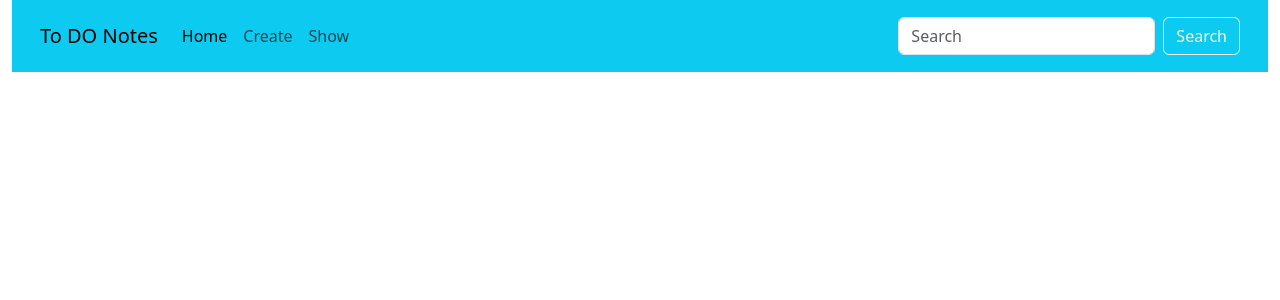
Repository: mrking14/Advance-Java-Projects
Page: http://localhost/NoteTaker/
An editor plug-in stored every save of this project. The page is shown before and after the next save, followed by the edit.
The browser window is 1280 px wide. The pictures show the whole page.
The page is served by Tomcat 9. Other server files are loaded and not shown.

Above is the page before, as saved 2023-06-25 12:42:51.

### NoteTaker/src/main/webapp/index.jsp
<!doctype html>
<html lang="en">
  <head>
    <meta charset="utf-8">
    <meta name="viewport" content="width=device-width, initial-scale=1">
    <title>Note Taking WebApp</title>
    <link href="https://cdn.jsdelivr.net/npm/bootstrap@5.3.0/dist/css/bootstrap.min.css" rel="stylesheet" integrity="sha384-9ndCyUaIbzAi2FUVXJi0CjmCapSmO7SnpJef0486qhLnuZ2cdeRhO02iuK6FUUVM" crossorigin="anonymous">
    <link href="css/style.css" rel="stylesheet"/>
  </head>
  <body>
    <div class = "container-fluid">
    <%@include file="navbar.jsp" %>
    </div>

    <script src="https://cdn.jsdelivr.net/npm/bootstrap@5.3.0/dist/js/bootstrap.bundle.min.js" integrity="sha384-geWF76RCwLtnZ8qwWowPQNguL3RmwHVBC9FhGdlKrxdiJJigb/j/68SIy3Te4Bkz" crossorigin="anonymous"></script>
  </body>
</html>

### NoteTaker/src/main/webapp/navbar.jsp
<nav class="navbar navbar-expand-lg  text-bg-info p-3" >
  <div class="container-fluid">
    <a class="navbar-brand" href="#">To DO Notes</a>
    <button class="navbar-toggler" type="button" data-bs-toggle="collapse" data-bs-target="#navbarSupportedContent" aria-controls="navbarSupportedContent" aria-expanded="false" aria-label="Toggle navigation">
      <span class="navbar-toggler-icon"></span>
    </button>
    <div class="collapse navbar-collapse" id="navbarSupportedContent">
      <ul class="navbar-nav me-auto mb-2 mb-lg-0">
        <li class="nav-item">
          <a class="nav-link active" aria-current="page" href="#">Home</a>
        </li>
        <li class="nav-item">
          <a class="nav-link" href="#">Create</a>
        </li>
        <li class="nav-item">
          <a class="nav-link ">Show</a>
        </li>
      </ul>
      <form class="d-flex" role="search">
        <input class="form-control me-2" type="search" placeholder="Search" aria-label="Search">
        <button class="btn btn-outline-light " type="submit">Search</button>
      </form>
    </div>
  </div>
</nav>

### NoteTaker/src/main/webapp/css/style.css
.purple{
	background:purple;
}

After the next save:
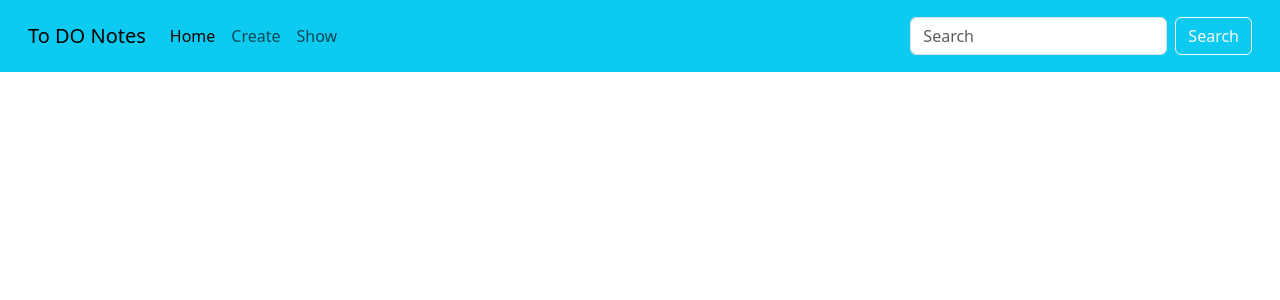
Saved 60 s later.
--- a/NoteTaker/src/main/webapp/index.jsp
+++ b/NoteTaker/src/main/webapp/index.jsp
@@ -8,7 +8,7 @@
     <link href="css/style.css" rel="stylesheet"/>
   </head>
   <body>
-    <div class = "container-fluid">
+    <div class = "container-fluid m-0 p-0">
     <%@include file="navbar.jsp" %>
     </div>
 
